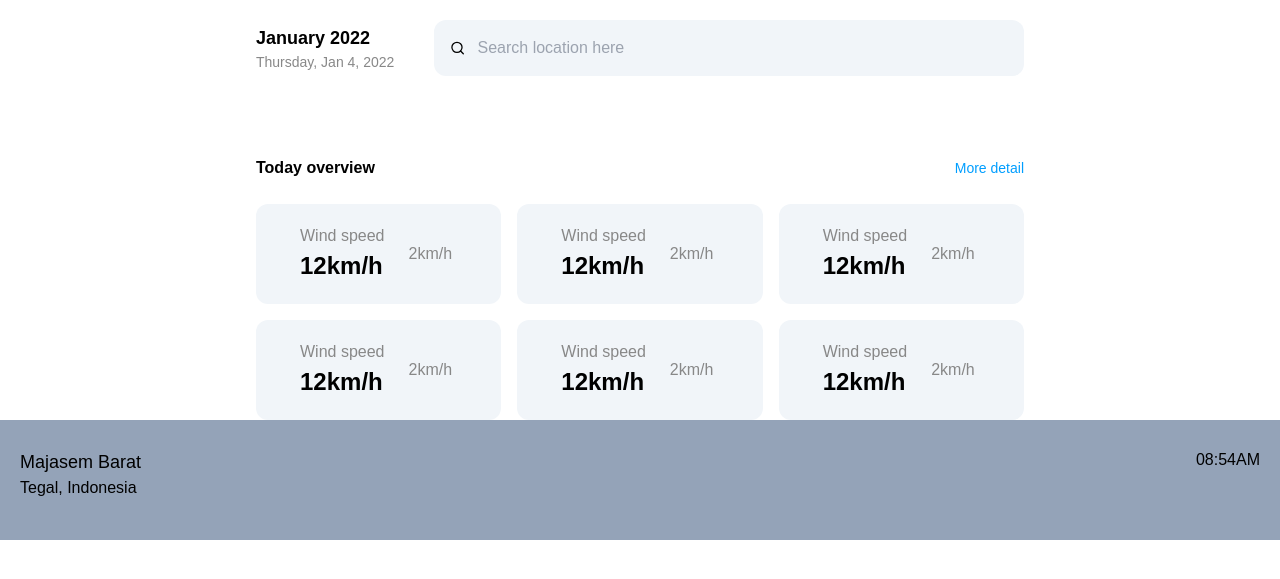
Repository: theweirdboiz/datawarehouse-ui
Page: /
An editor plug-in stored every save of this project. The page is shown before and after the next save, followed by the edit.
The browser window is 1280 px wide. The pictures show the whole page.
The project was rebuilt for these pictures with package versions that can differ from the ones it lists, and the page was loaded fresh each time. Also part of the build but not shown: vite.config.js.

Above is the page before, as saved 2022-11-23 16:37:03.

After the next save:
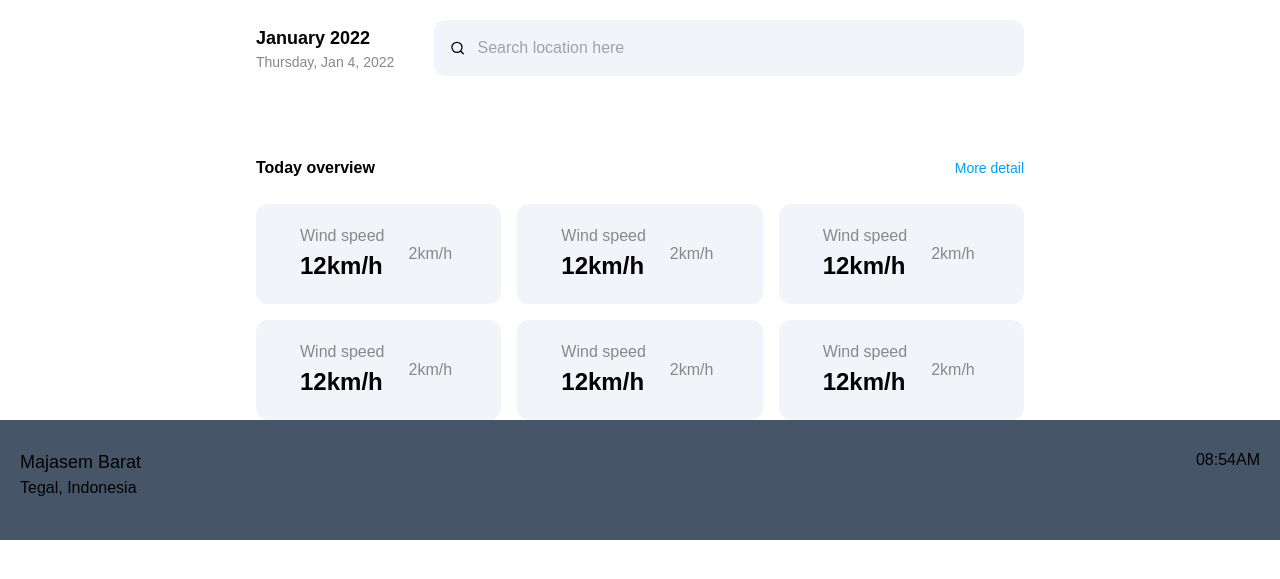
Saved 14 s later.
--- a/src/App.jsx
+++ b/src/App.jsx
@@ -91,7 +91,7 @@ function App() {
           </div>
         </section>
         <section className="content__right">
-          <div className="bg-slate-400 p-5">
+          <div className="bg-slate-600 p-5">
             <div className="flex justify-between mt-2 mb-5">
               <div className="flex flex-col">
                 <h3 className="text-lg">Majasem Barat</h3>
